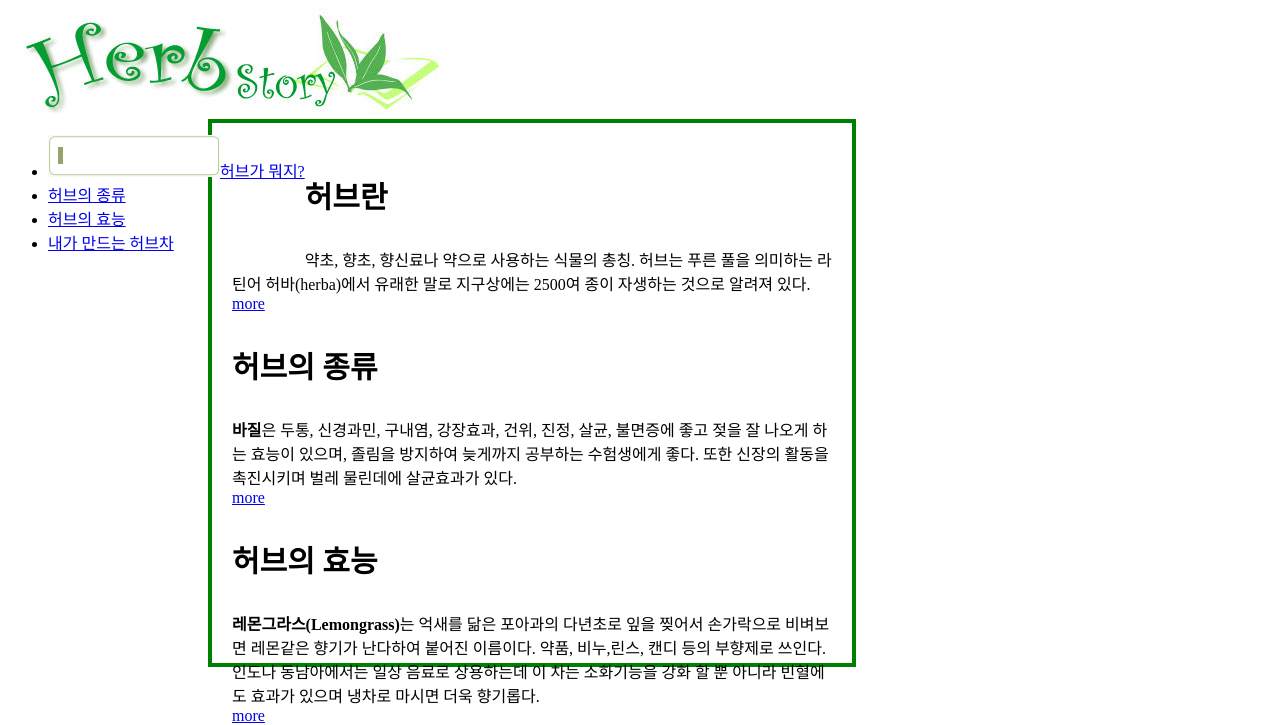
Repository: RyuJelly/java_web
Page: CSS/WebContent/exam2/menu2.htm
These files come from the project's save history. The page is drawn as it stood at one moment and after the next save; the edit follows.
The browser window is 1280 px wide. The pictures show the whole page.

Above is the page before, as saved 2021-03-08 03:18:45.

### CSS/WebContent/exam2/menu2.htm
<!DOCTYPE HTML PUBLIC "-//W3C//DTD HTML 4.01//EN" "http://www.w3.org/TR/html4/strict.dtd">
<html>
<head>
<title>Herb Story</title>
<meta http-equiv="Content-Type" content="text/html; charset=UTF-8">
<style type="text/css">
 	ul{
 		float: left;
 	}
 	il > a{
 		margin: 10px;
 	}
 	#content{
 		margin-left: 200px;
 		width: 600px;
 		height: 500px;
 		border: 4px solid;
 		border-color: green;
 		padding: 20px;
 	}
	h3{
		font-size: 30px;
		font-weight: bold;
	}

</style>
</head>
<body>
<a href="index_vert2.htm"><img src="images/herblogo.jpg" border="0"></a>
<div id="sidemenu">
 <ul>
  <li><img src="images/menu_bg.gif"><a href="#">허브가 뭐지?</a></li>
  <li><a href="#">허브의 종류</a></li>
  <li><a href="#">허브의 효능</a></li>
  <li><a href="#">내가 만드는 허브차</a></li>
 </ul>
</div>
<div id="content">
<h3>허브란</h3>
<p class="box">약초, 향초, 향신료나 약으로 사용하는 식물의 총칭. 허브는 푸른 풀을 의미하는 라틴어 허바(herba)에서 유래한 말로 지구상에는 2500여 종이 자생하는 것으로 알려져 있다.<br>
<span class="more"><a href="#">more</a></span></p>
<h3>허브의 종류</h3>
<p class="box"><strong>바질</strong>은 두통, 신경과민, 구내염, 강장효과, 건위, 진정, 살균, 불면증에 좋고 젖을 잘 나오게 하는 효능이 있으며, 졸림을 방지하여 늦게까지 공부하는 수험생에게 좋다. 또한 신장의 활동을 촉진시키며 벌레 물린데에 살균효과가 있다.<br><span class="more"><a href="#">more</a></span></p>
<h3>허브의 효능</h3>
<p class="box"><strong>레몬그라스(Lemongrass)</strong>는 억새를 닮은 포아과의 다년초로 잎을 찢어서 손가락으로 비벼보면 레몬같은 향기가 난다하여 붙어진 이름이다. 약품, 비누,린스, 캔디 등의 부향제로 쓰인다. 인도나 동남아에서는 일상 음료로 상용하는데 이 차는 소화기능을 강화 할 뿐 아니라 빈혈에도 효과가 있으며 냉차로 마시면 더욱 향기롭다.<br> <span class="more"><a href="#">more</a></span></p>
</body>
</html>

After the next save:
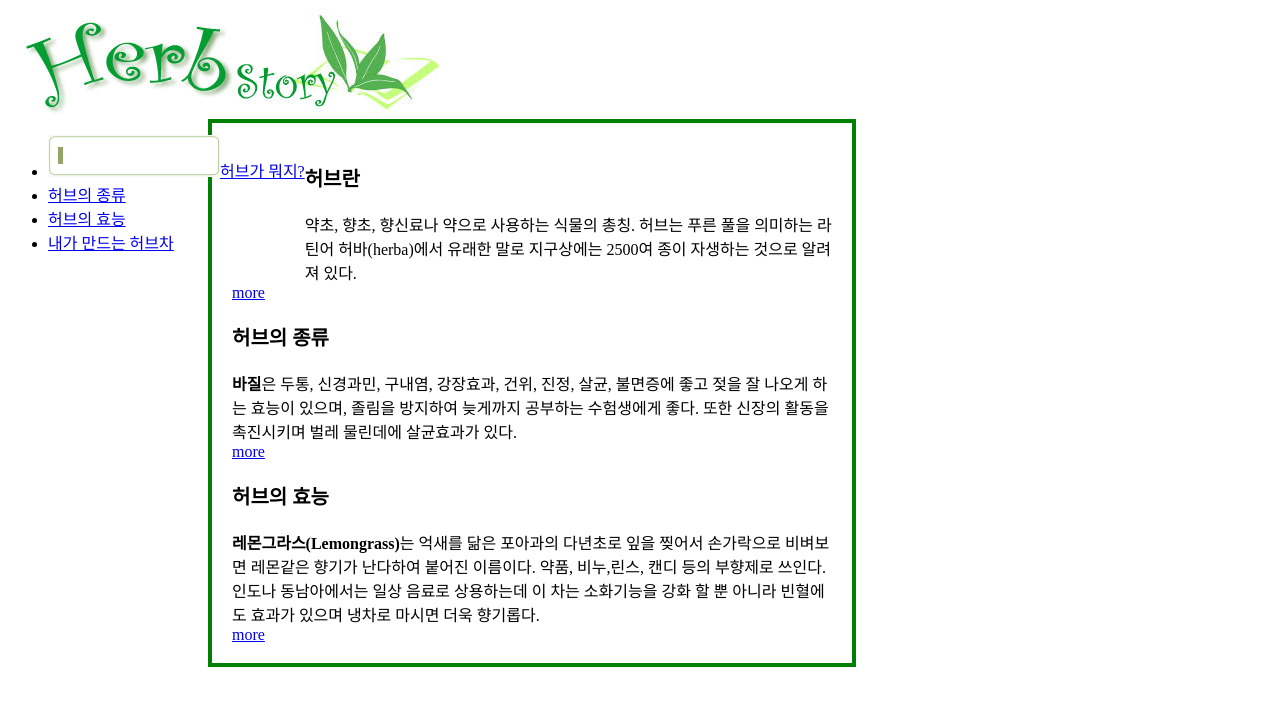
Saved 15 s later.
--- a/CSS/WebContent/exam2/menu2.htm
+++ b/CSS/WebContent/exam2/menu2.htm
@@ -19,7 +19,7 @@
  		padding: 20px;
  	}
 	h3{
-		font-size: 30px;
+		font-size: 20px;
 		font-weight: bold;
 	}
 
